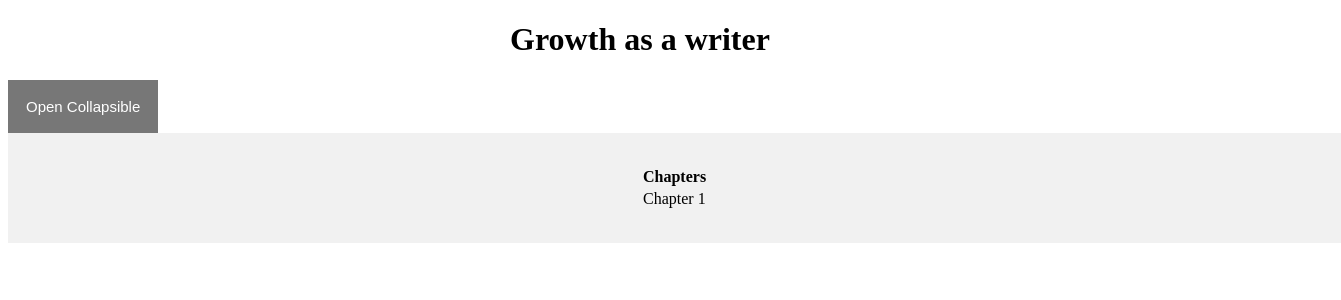
Repository: jpaisiem/WP-4
Page: index.html
An editor plug-in stored every save of this project. The page is shown before and after a run of saves, followed by the edit.
The browser window is 1280 px wide. The page is 1341 px wide, then 1280 px, so the pictures cover 1341 px, including what lies to the right of the window. The pictures show the whole page.

Above is the page before, as saved 2025-04-29 12:15:43.

After the next 2 saves:
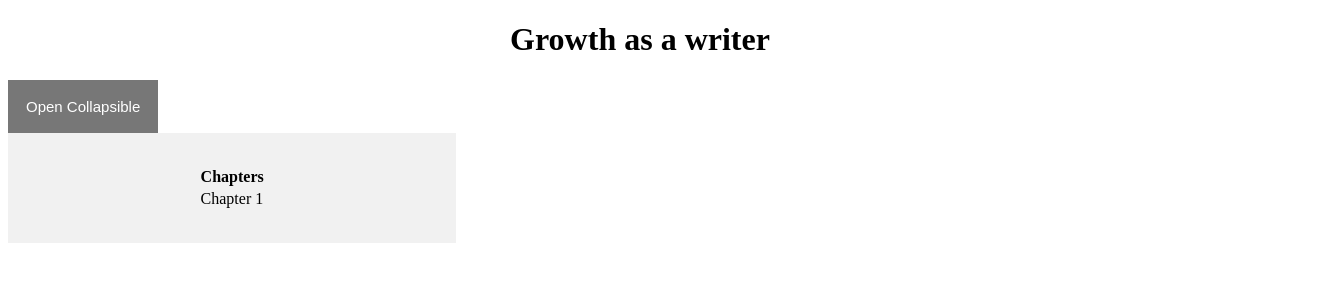
The 2 saves are shown as one change because they came seconds apart.
The last was saved 12 s later.
--- a/index.html
+++ b/index.html
@@ -26,8 +26,8 @@
   background-color: #f1f1f1;
   width: fit-content;
   height: fit-content;
-  padding-left: 50%;
-  padding-right: 50%;
+  padding-left: 15%;
+  padding-right: 15%;
 }
 </style>
 </head>
